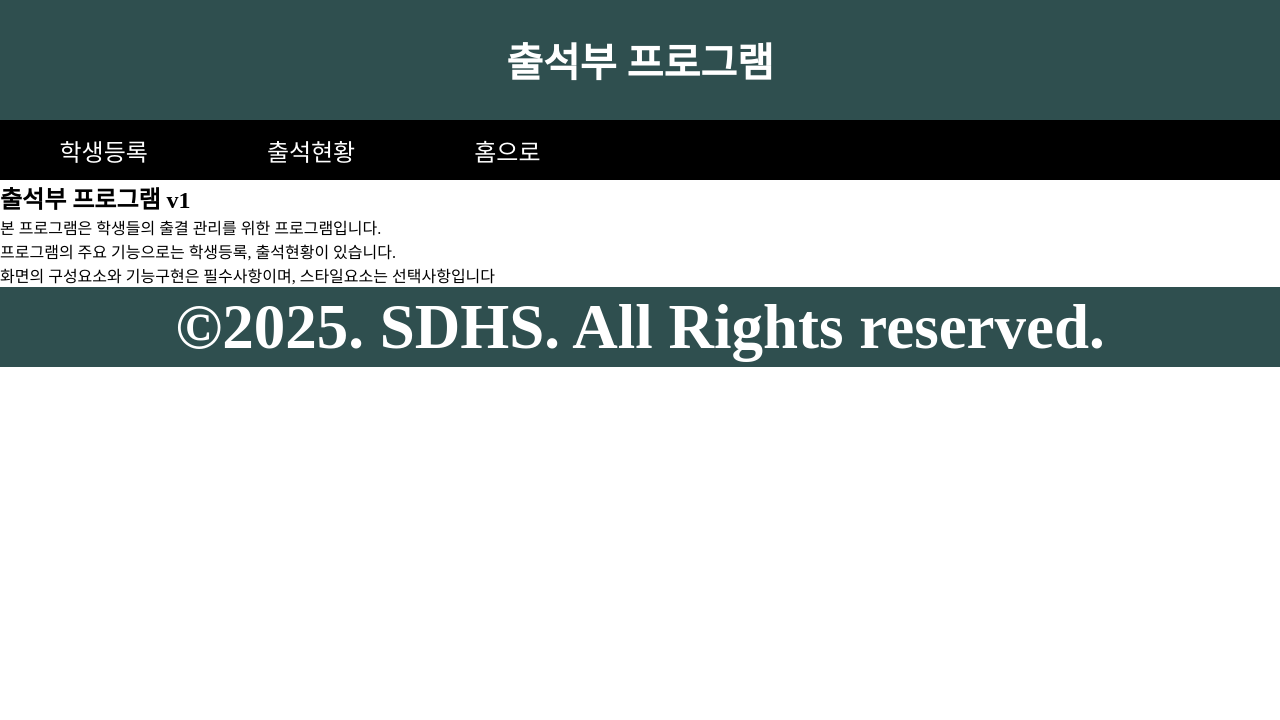
Repository: balhyo-younjisang/DigitechJSP
Page: http://localhost/rollbook/
An editor plug-in stored every save of this project. The page is shown before and after the next save, followed by the edit.
The browser window is 1280 px wide. The pictures show the whole page.
The page is served by Tomcat 9.

Above is the page before, as saved 2025-03-31 03:51:43.

After the next save:
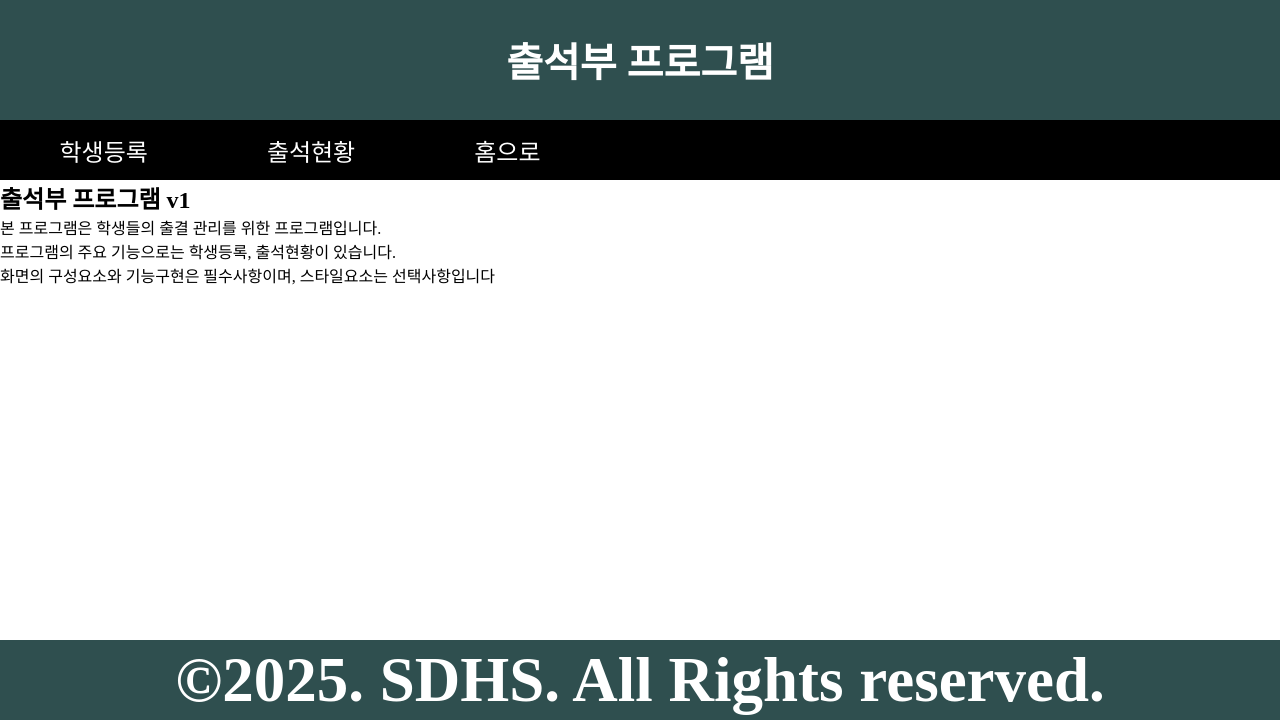
Saved 15 s later.
--- a/rollbook/src/main/webapp/css/style.css
+++ b/rollbook/src/main/webapp/css/style.css
@@ -59,4 +59,7 @@ footer {
 	display: flex;
 	align-items: center;
 	justify-content: center;
+	position: fixed;
+	bottom: 0;
+	right: 0;
 }
